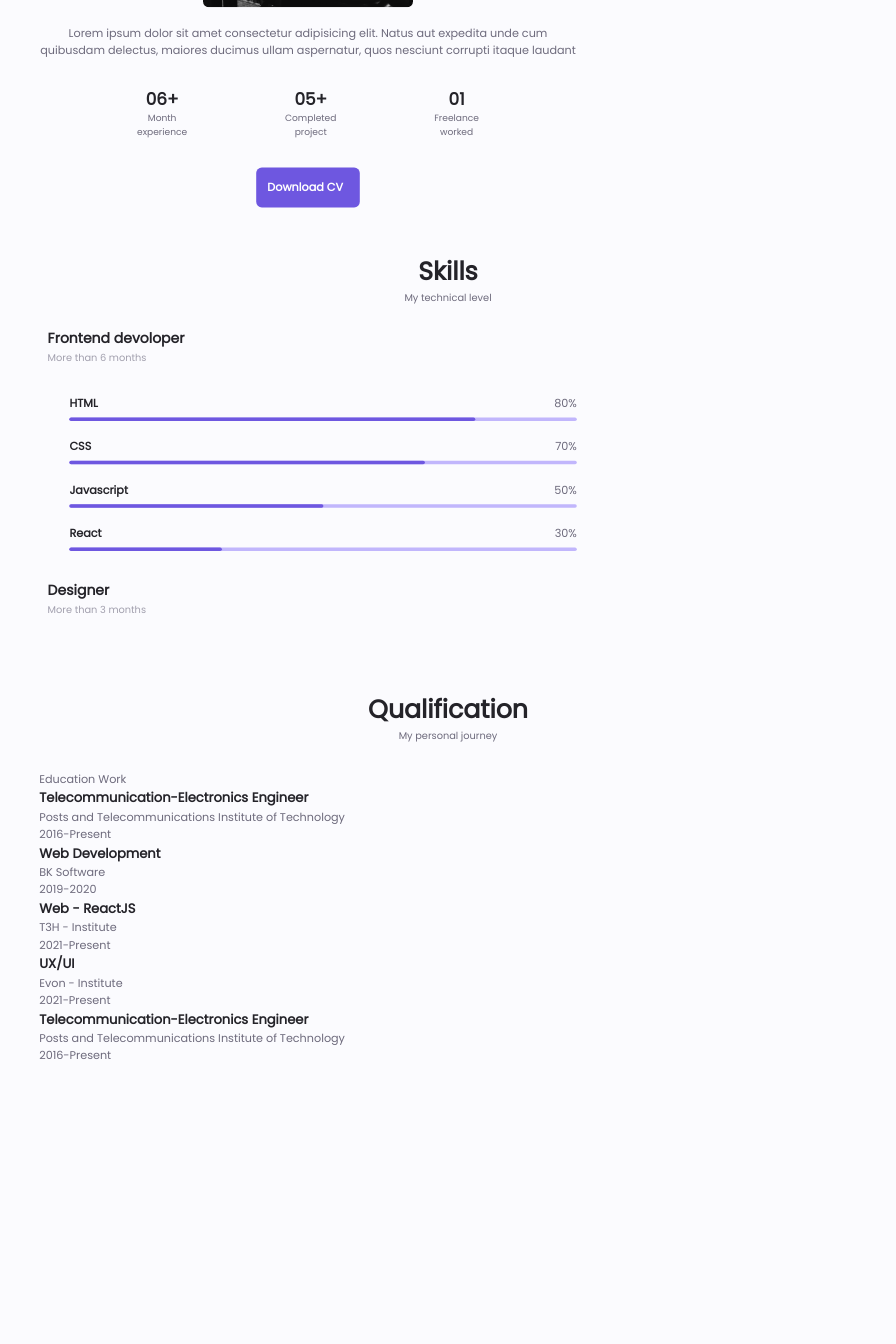
Repository: Datt21/portfolio
Page: index.html
These files come from the project's save history. The page is drawn as it stood at one moment and after the next save; the edit follows.
The browser window is 1280 px wide. The pictures show the part of the page from y = 996 to 2916 px (the page is 2916 px tall), at 70% of full size.
Some icons come from a web library that is not loaded, so they are not drawn.

Above is the page before, as saved 2021-07-10 18:45:50.

After the next save:
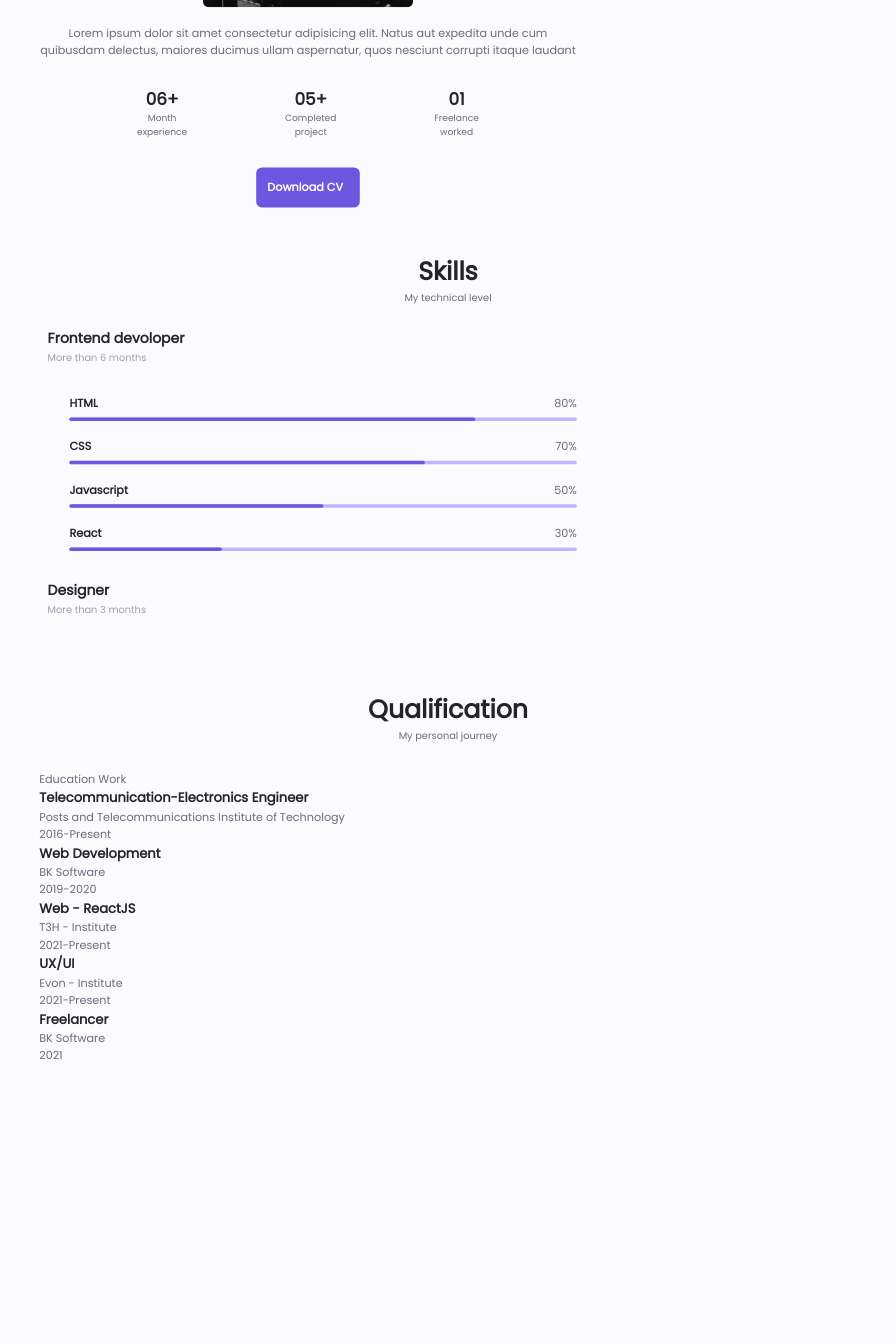
Saved 49 s later.
--- a/index.html
+++ b/index.html
@@ -366,11 +366,11 @@
                             <!-- Qualification 1 -->
                             <div class="qualification__data">
                                 <div>
-                                    <h3 class="qualification__title"> Telecommunication-Electronics Engineer</h3>
-                                    <span class="qualification__subtitle">Posts and Telecommunications Institute of Technology</span>
+                                    <h3 class="qualification__title"> Freelancer</h3>
+                                    <span class="qualification__subtitle">BK Software</span>
                                     <div class="qualification__calendar">
                                         <i class="uil uil-calendar-alt"></i>
-                                        2016-Present
+                                        2021
                                     </div>
                                 </div>
 
